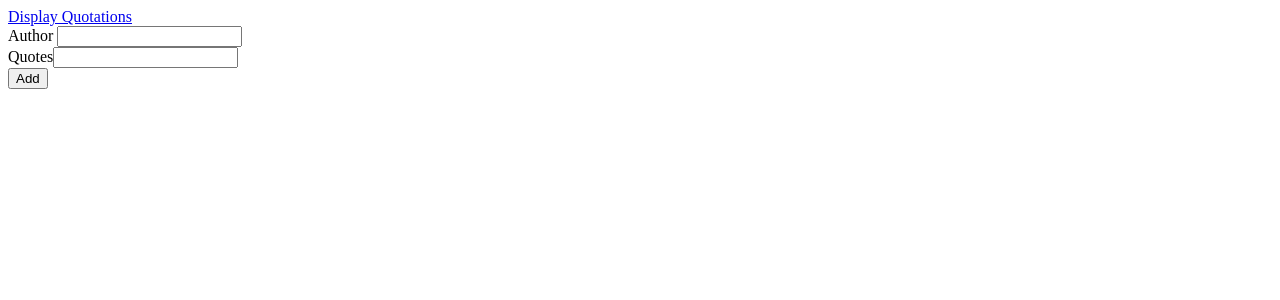
Repository: sjayach/CS320
Page: http://localhost/CS320Final/AddQuotationController
An editor plug-in stored every save of this project. The page is shown before and after the next save, followed by the edit.
The browser window is 1280 px wide. The pictures show the whole page.
The page is served by Tomcat 9. Other server files are loaded and not shown.

Above is the page before, as saved 2015-06-12 05:17:12.

### CS320Final/WebContent/WEB-INF/AddQuotationView.jsp
<%@ page language="java" contentType="text/html; charset=ISO-8859-1"
    pageEncoding="ISO-8859-1"%>
<!DOCTYPE html PUBLIC "-//W3C//DTD HTML 4.01 Transitional//EN" "http://www.w3.org/TR/html4/loose.dtd">
<html>
<head>
<meta http-equiv="Content-Type" content="text/html; charset=ISO-8859-1">
<title>Insert title here</title>
</head>
<body>
<a href ="QuotationController">Display Quotations</a>
<form action="AddQuotationController" method="post">
Author <input type="text" name="author"/> <br />
Quotes<input type="text" name="quotes"/> <br />
${error}
<input type="submit" value="Add">
</form>
</body>
</html>

### CS320Final/src/quotation/AddQuotationController.java
package quotation;

import java.io.IOException;
import java.sql.Connection;
import java.sql.Driver;
import java.sql.DriverManager;
import java.sql.ResultSet;
import java.sql.Statement;
import java.util.ArrayList;
import java.util.List;

import javax.servlet.ServletException;
import javax.servlet.annotation.WebServlet;
import javax.servlet.http.HttpServlet;
import javax.servlet.http.HttpServletRequest;
import javax.servlet.http.HttpServletResponse;

/**
 * Servlet implementation class AddQuotationController
 */
@WebServlet("/AddQuotationController")
public class AddQuotationController extends HttpServlet {
	private static final long serialVersionUID = 1L;


	protected void doGet(HttpServletRequest request, HttpServletResponse response) throws ServletException, IOException {
		request.getRequestDispatcher("/WEB-INF/AddQuotationView.jsp").forward(request, response);
	}


	protected void doPost(HttpServletRequest request, HttpServletResponse response) throws ServletException, IOException {

		String author = request.getParameter("author");
		String quotes = request.getParameter("quotes");
		if (author.trim().length() <= 0 || quotes.trim().length() <= 0) {
			request.setAttribute("error", "Author or Quotes should not be empty");
			doGet(request,response);
		} else {

			System.out.println("author" + author + quotes);

			String host = "cs3.calstatela.edu";
			String port = "3306";
			String dbName = "cs320stu47";
			String username = "cs320stu47";
			String password = "..7qX4#g";

			String url = "jdbc:mysql://" + host + ":" + port + "/" + dbName;
			try{
				// Dynamically include the MySQL Driver
				Class.forName("org.gjt.mm.mysql.Driver").newInstance();

				// Instantiate the Driver
				Driver driver = new org.gjt.mm.mysql.Driver();

				// Connect to the Database
				Connection connection =
						DriverManager.getConnection(url, username, password);

				// Create a Statement
				Statement statement = connection.createStatement();
				String query= "INSERT INTO Quotation (author,quotes) VALUES ('"+author+"','"+quotes+"')";
				statement.executeUpdate(query);

				connection.close();
			} catch(Exception e) {
				System.out.println("Exception" +e);
			}
			doGet(request,response);
		}
	}

}

After the next save:
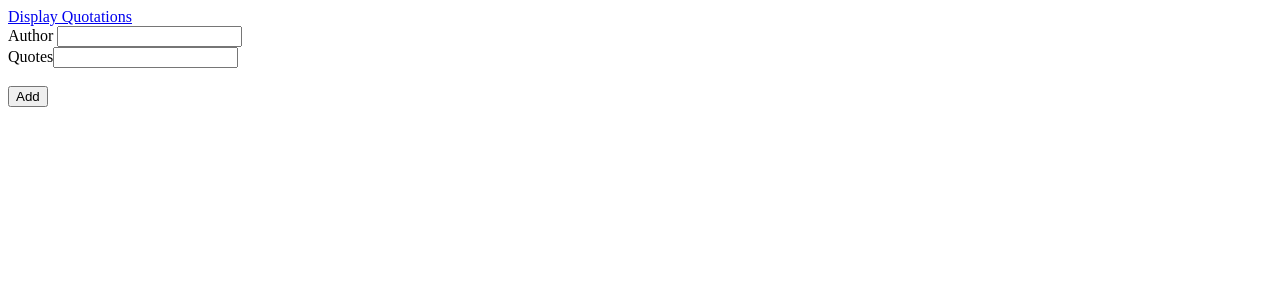
Saved 84 s later.
--- a/CS320Final/WebContent/WEB-INF/AddQuotationView.jsp
+++ b/CS320Final/WebContent/WEB-INF/AddQuotationView.jsp
@@ -11,7 +11,7 @@
 <form action="AddQuotationController" method="post">
 Author <input type="text" name="author"/> <br />
 Quotes<input type="text" name="quotes"/> <br />
-${error}
+${error}<br/>
 <input type="submit" value="Add">
 </form>
 </body>
